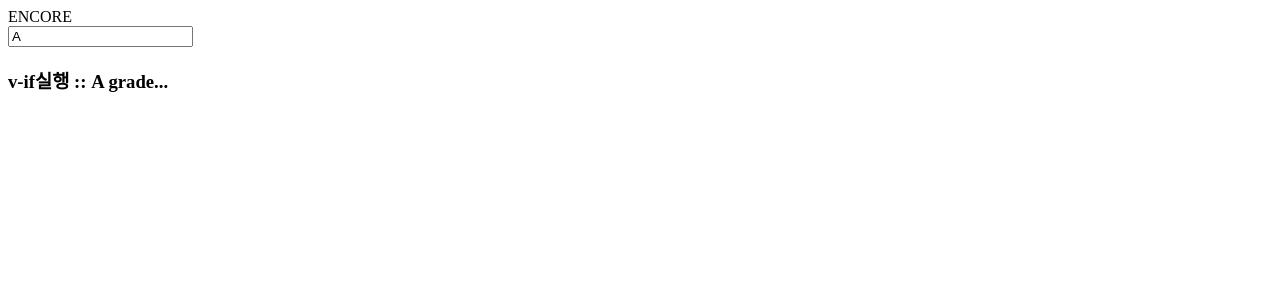
Repository: KangHoi/encore_vueWorkspace
Page: vue03_Event/WebContent/vue01_v-if2.html
The author's editor kept a copy of each file at every save. The page is drawn from the files as they stood at one save, then again after the next save.
The browser window is 1280 px wide. The pictures show the whole page.

Above is the page before, as saved 2021-07-12 00:25:52.

After the next save:
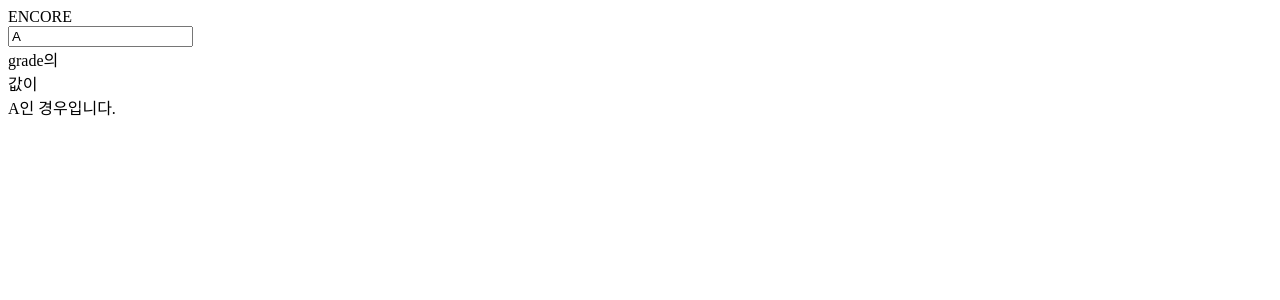
Saved 2 min 50 s later.
--- a/vue03_Event/WebContent/vue01_v-if2.html
+++ b/vue03_Event/WebContent/vue01_v-if2.html
@@ -3,6 +3,8 @@
 <head>
 <meta charset="UTF-8">
 <title>Template 태그의 사용법</title>
+
+<!--  -->
 <script src="https://cdn.jsdelivr.net/npm/vue/dist/vue.js"></script>
 </head>
 
@@ -10,9 +12,17 @@
 	<div id="app">
 		<div v-html="title"></div>
 		<input v-model="grade">
-		<div v-if="grade=='A'"><h3>v-if실행 :: A grade...</h3></div>
-		<div v-else-if="grade=='B'"><h3>v-else-if실행 :: B grade...</h3></div>
-		<div v-else><h3>v-else 실행 :: Try Again...</h3></div>
+
+		<template v-if="grade=='A'">
+			<div>grade의 </div>
+			<div>값이 </div>
+			<div>A인 경우입니다.</div>
+		</template>
+		<template v-else>
+			<div>grade의 </div>
+			<div>값이</div>
+			<div>A가 아닌 경우 입니다.</div>
+		</template>
 	</div>
 	<script>
 		var model = {
